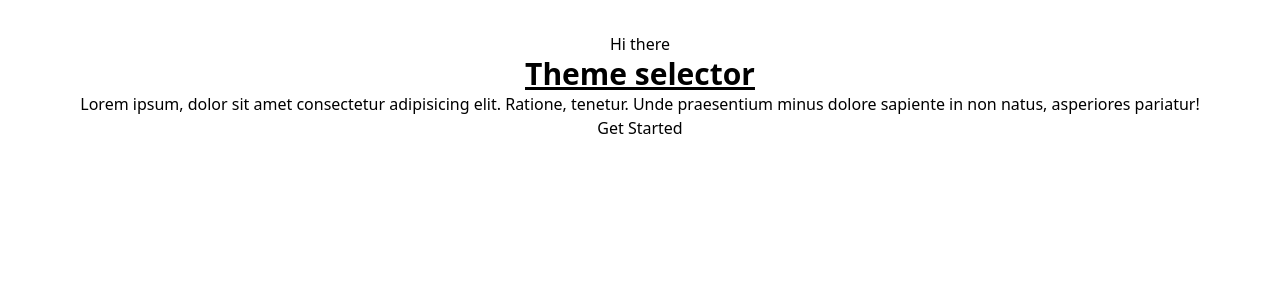
Repository: prince-bansal/tailwind-theme-switcher
Page: /
The author's editor kept a copy of each file at every save. The page is drawn from the files as they stood at one save, then again after the next save.
The browser window is 1280 px wide. The pictures show the whole page.
The project was rebuilt for these pictures with package versions that can differ from the ones it lists, and the page was loaded fresh each time. Also part of the build but not shown: vite.config.ts.

Above is the page before, as saved 2024-03-17 19:06:12.

### src/App.tsx
import './App.css'

function App() {

  return (
    <>
      <p>Hi there</p>
      <h1 className="text-3xl font-bold underline">Theme selector</h1>
      <p>Lorem ipsum, dolor sit amet consectetur adipisicing elit. Ratione, tenetur. Unde praesentium minus dolore sapiente in non natus, asperiores pariatur!</p>
      <button>Get Started</button>
    </>
  );
}

export default App

Loaded but not shown: index.html (common file); src/main.tsx (common file); src/index.css (common file); src/App.css (common file); tailwind.config.js (common file)

After the next save:
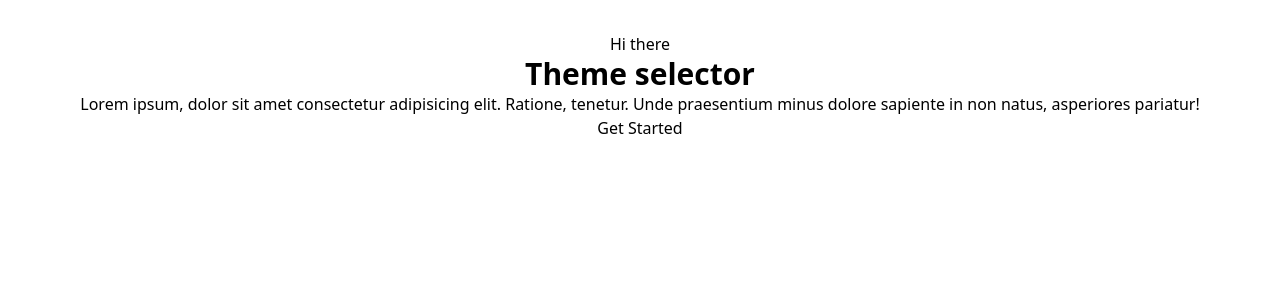
Saved 4 s later.
--- a/src/App.tsx
+++ b/src/App.tsx
@@ -5,7 +5,7 @@ function App() {
   return (
     <>
       <p>Hi there</p>
-      <h1 className="text-3xl font-bold underline">Theme selector</h1>
+      <h1 className="text-3xl font-bold">Theme selector</h1>
       <p>Lorem ipsum, dolor sit amet consectetur adipisicing elit. Ratione, tenetur. Unde praesentium minus dolore sapiente in non natus, asperiores pariatur!</p>
       <button>Get Started</button>
     </>
